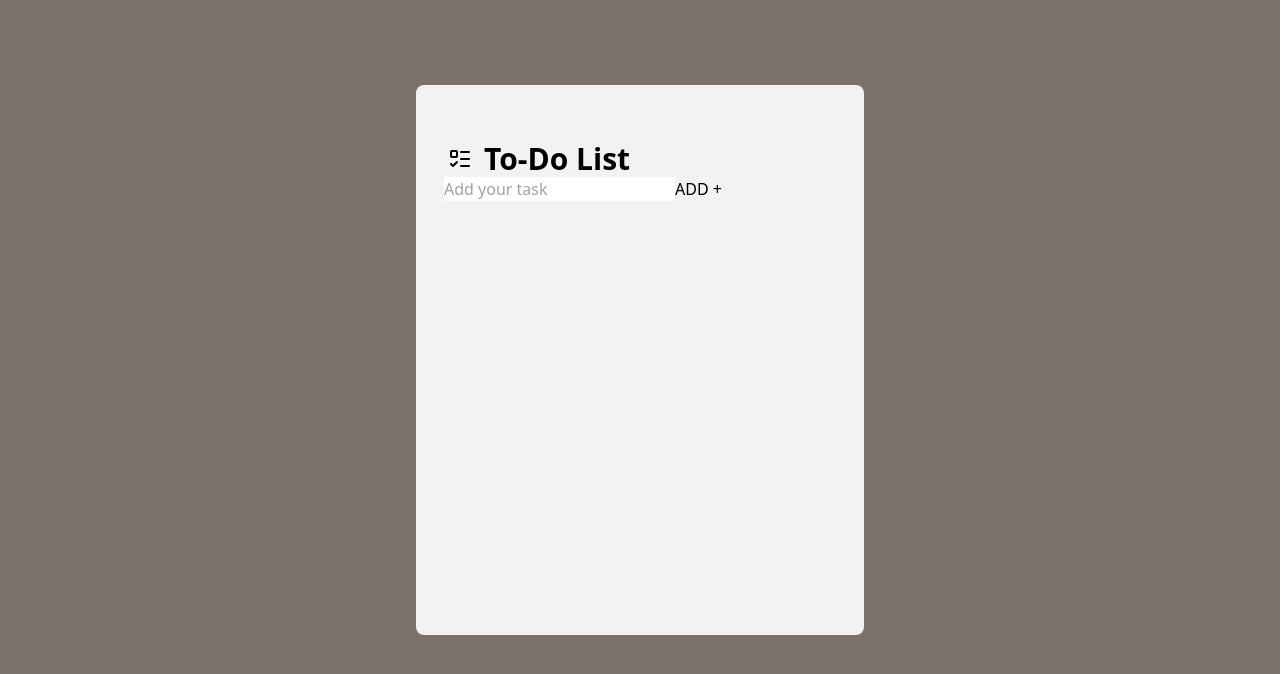
Repository: guilhermecardoso93/todolist-2025-tailwind
Page: /
These files come from the project's save history. The page is drawn as it stood at one moment and after a run of saves; the edit follows.
The browser window is 1280 px wide. The pictures show the whole page.
The project was rebuilt for these pictures with package versions that can differ from the ones it lists, and the page was loaded fresh each time. Also part of the build but not shown: vite.config.js.

Above is the page before, as saved 2024-11-07 20:00:03.

After the next 3 saves:
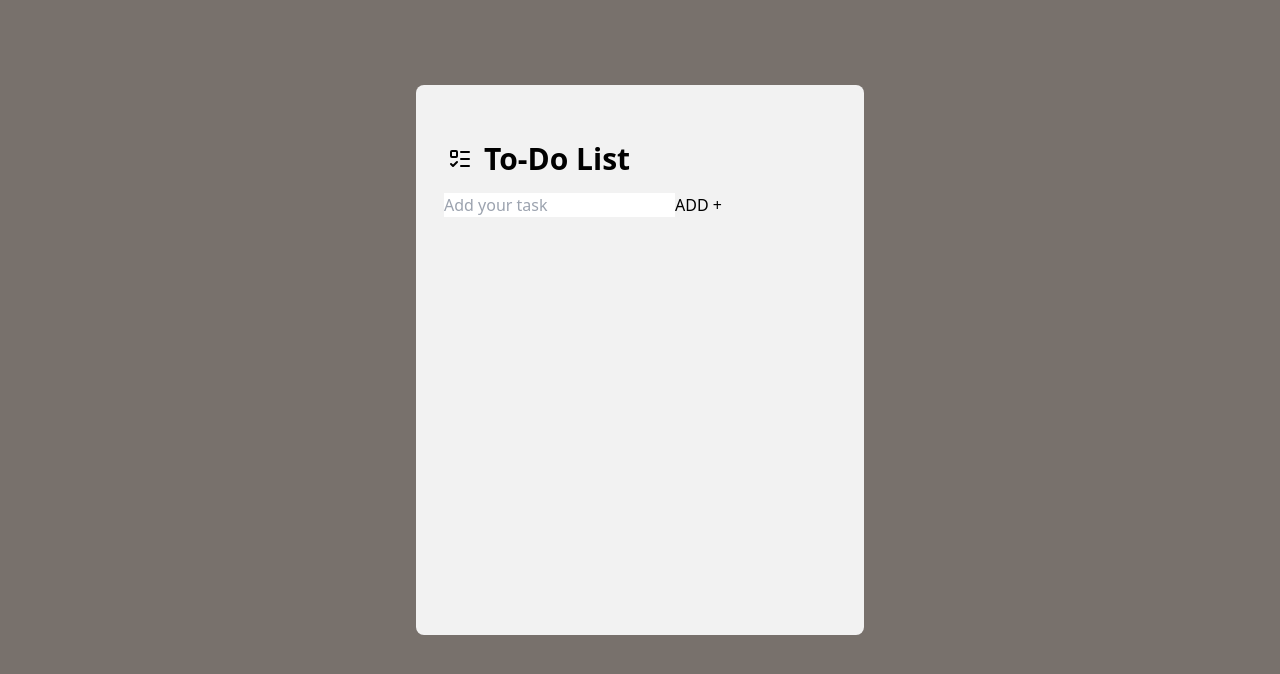
The 3 saves are shown as one change because they came seconds apart.
The last was saved 19 s later.
--- a/src/components/ToDo.jsx
+++ b/src/components/ToDo.jsx
@@ -2,8 +2,7 @@ import { ListTodo } from "lucide-react";
 
 export function ToDo() {
   return (
-    <div className="bg-[#f2f2f2] place-self-center w-11/12 max-w-md flex flex-col p-7 min-h-[550px] rounded-lg">
-
+    <div className="bg-[#f2f2f2] place-self-center w-11/12 max-w-md flex flex-col p-7 min-h-[550px] rounded-lg gap-4">
       <div className="flex items-center mt-7 gap-2 flex flex-row">
         <ListTodo className="w-8" />
         <h1 className="text-3xl font-semibold">To-Do List</h1>
@@ -13,8 +12,6 @@ export function ToDo() {
         <input type="text" placeholder="Add your task" />
         <button>ADD +</button>
       </div>
-
-
     </div>
   );
 }
